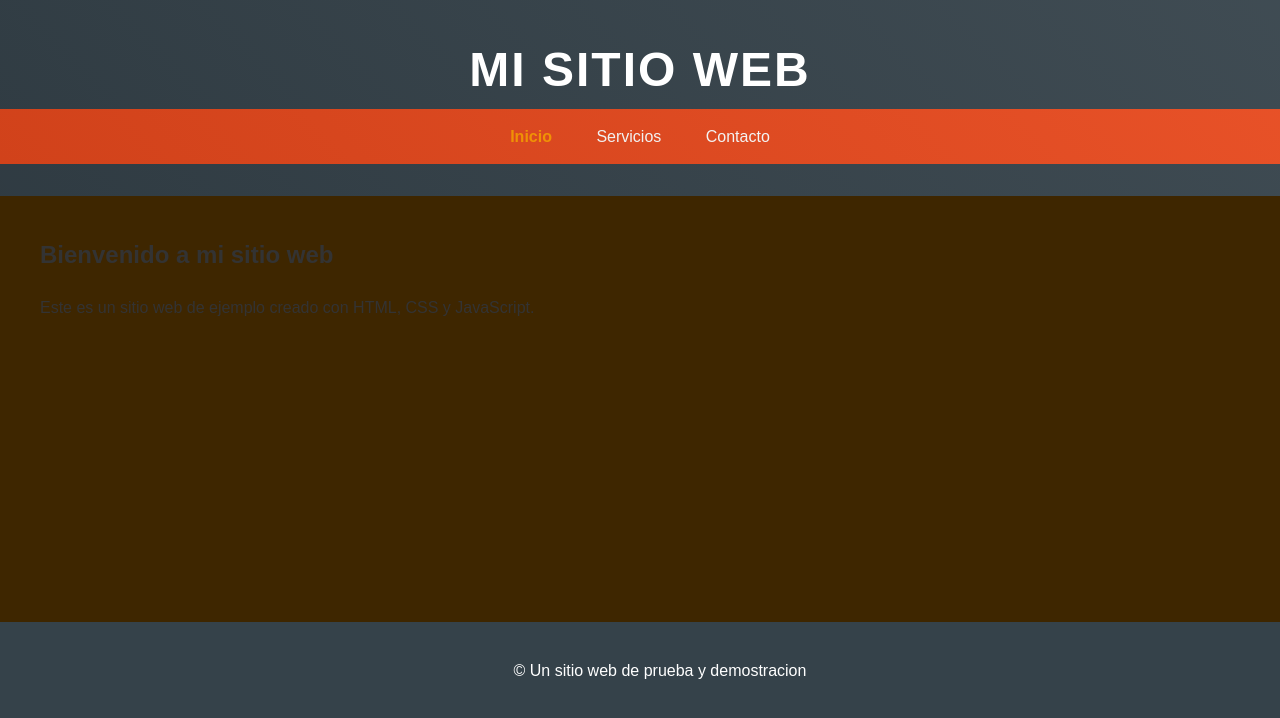
Repository: Sevanjo/Pagina_web
Page: HTML/index.html
The author's editor kept a copy of each file at every save. The page is drawn from the files as they stood at one save, then again after the next save.
The browser window is 1280 px wide. The pictures show the whole page.

Above is the page before, as saved 2025-04-20 19:25:19.

After the next save:
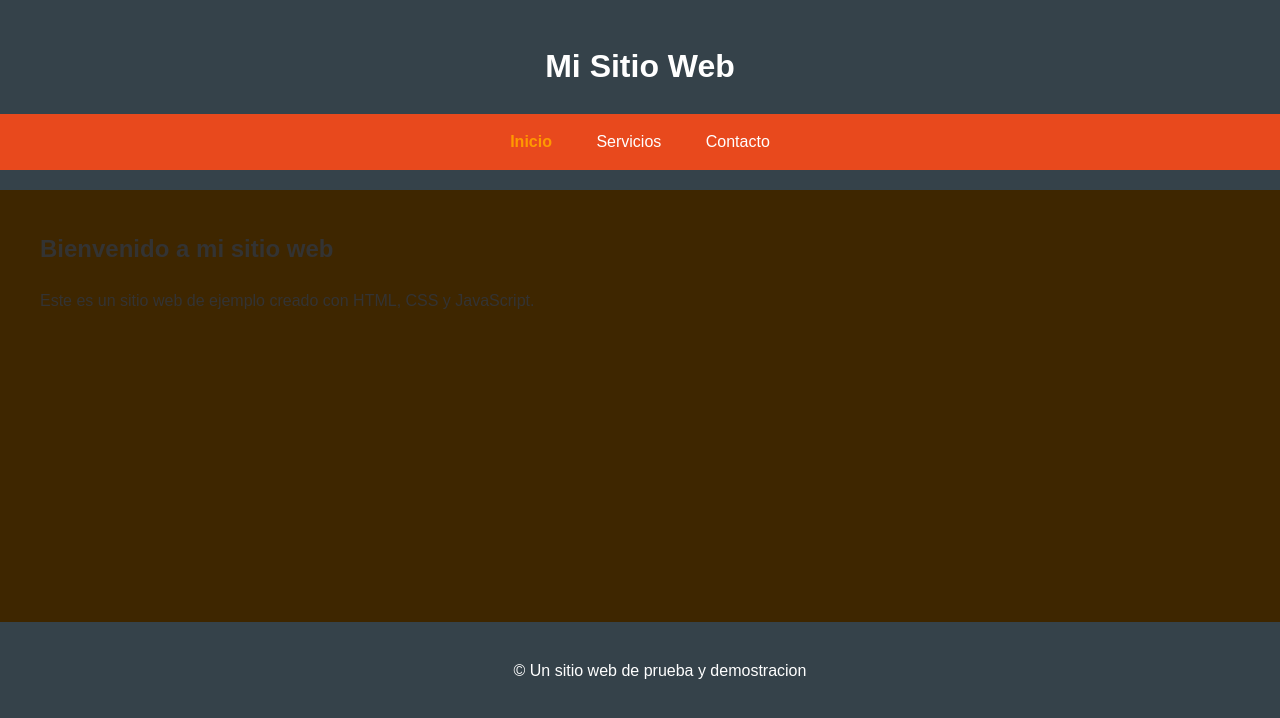
Saved 15 s later.
--- a/CSS/styles.css
+++ b/CSS/styles.css
@@ -11,35 +11,10 @@ body {
 
 
 header {
-    background-color: #2c3e50; /* Color de fondo del header */
-    padding: 2rem 0;
+    background: #35424a;
+    color: #ffffff;
+    padding: 20px 0;
     text-align: center;
-    position: relative;
-    overflow: hidden;
-}
-
-header h1 {
-    color: #ffffff; /* Color del texto */
-    font-family: 'Poppins', sans-serif;
-    font-size: 3rem;
-    font-weight: 700;
-    margin: 0;
-    padding: 0;
-    position: relative;
-    z-index: 1;
-    text-transform: uppercase;
-    letter-spacing: 2px;
-}
-
-/* Efecto decorativo opcional */
-header::after {
-    content: '';
-    position: absolute;
-    top: 0;
-    left: 0;
-    width: 100%;
-    height: 100%;
-    background: linear-gradient(45deg, rgba(0,0,0,0.1) 0%, rgba(255,255,255,0.05) 100%);
 }
 
 nav ul {
